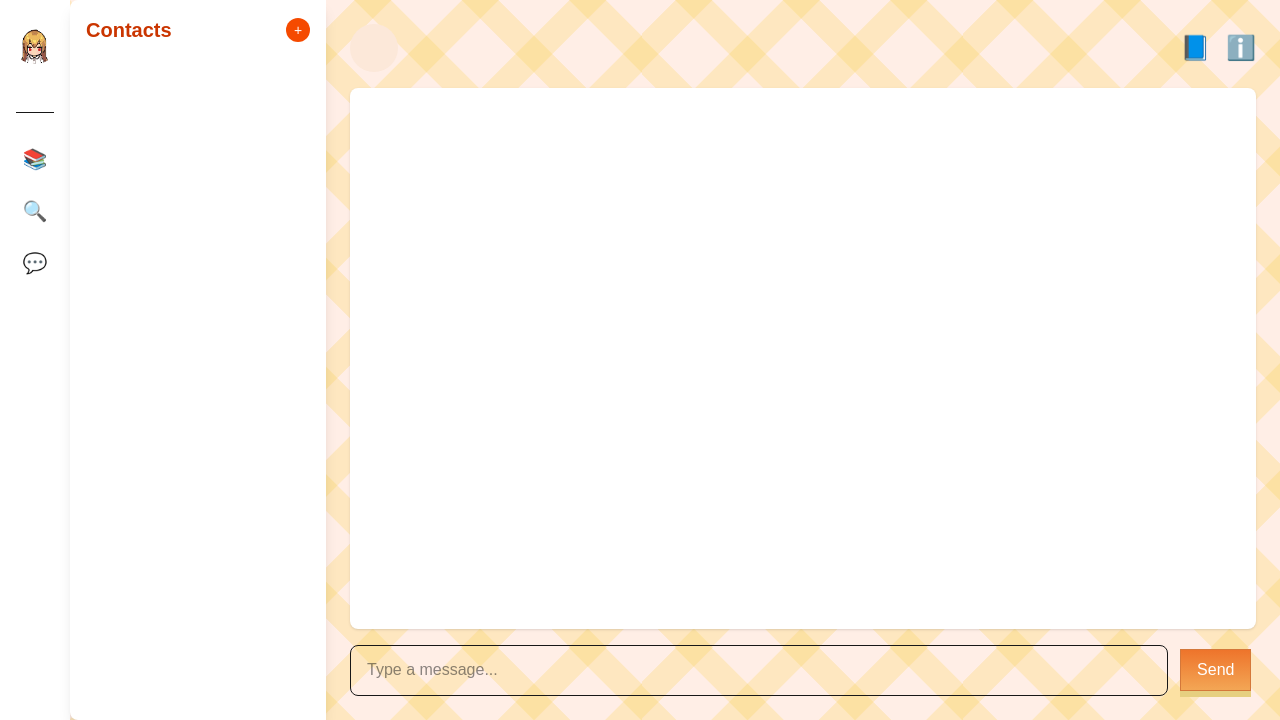
Repository: ramosfranz/bookie
Page: /chat
These files come from the project's save history. The page is drawn as it stood at one moment and after the next save; the edit follows.
The browser window is 1280 px wide. The pictures show the whole page.
The page's requests for data from a server got no answer. Some web fonts or font styles are not loaded; a fallback is used. The project was rebuilt for these pictures with package versions that can differ from the ones it lists, and the page was loaded fresh each time. The framework's server and built-in components were replaced by stand-ins that run in the browser. No one was signed in, and anything a server would have sent is missing. Also part of the build but not shown: next.config.ts, src/app/chat/AddContact.tsx, src/app/chat/FriendList.tsx, src/app/chat/FriendInfo.tsx.

Above is the page before, as saved 2025-12-06 14:16:30.

After the next save:
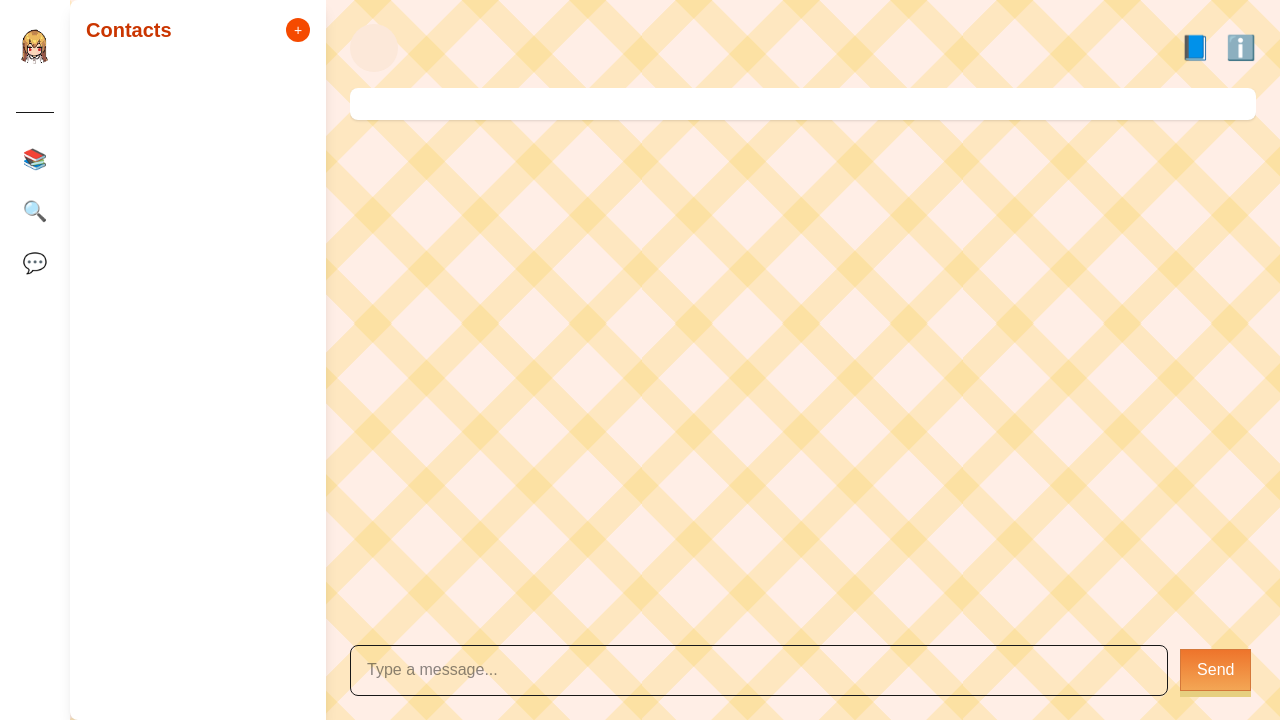
Saved 4 min 15 s later.
--- a/src/app/chat/page.tsx
+++ b/src/app/chat/page.tsx
@@ -49,9 +49,10 @@
   const [showInfoPopup, setShowInfoPopup] = useState(false);
   const [showAvatar, setShowAvatar] = useState(false);
   const [isCollapsed, setIsCollapsed] = useState(false);
+  const [aiTyping, setAiTyping] = useState(false);
   const chatEndRef = useRef<HTMLDivElement | null>(null);
 
-  // Fetch contacts & messages from Supabase
+  // Fetch contacts and messages from Supabase
   useEffect(() => {
     async function loadContacts() {
       const { data: contactsData, error: contactsError } = await supabase
@@ -63,7 +64,6 @@
         return;
       }
 
-      // Fetch messages for each contact
       const contactsWithMessages = await Promise.all(
         contactsData!.map(async (c: any) => {
           const { data: messagesData } = await supabase
@@ -94,13 +94,13 @@
     loadContacts();
   }, []);
 
-  const selectedContact = contacts.find(c => c.id === selectedContactId)!;
+  const selectedContact = contacts.find(c => c.id === selectedContactId);
 
   useEffect(() => {
     chatEndRef.current?.scrollIntoView({ behavior: "smooth" });
-  }, [selectedContact?.messages]);
-
-  // Send message
+  }, [selectedContact?.messages, aiTyping]);
+
+  // Send message and handle AI response
   const sendMessage = async (text: string) => {
     if (!text.trim() || !selectedContactId) return;
 
@@ -112,6 +112,7 @@
       timestamp,
     };
 
+    // Insert user message
     const { data: insertedMessage, error } = await supabase
       .from("messages")
       .insert([message])
@@ -122,7 +123,6 @@
       return;
     }
 
-    // Update local state
     setContacts(prev =>
       prev.map(c =>
         c.id === selectedContactId
@@ -131,28 +131,41 @@
       )
     );
 
-    // Simulate AI Librarian response
-    setTimeout(async () => {
-      const aiMessage: Omit<Message, "id"> = {
-        contact_id: selectedContactId,
-        sender: "other",
-        content: "🤖 Librarian: Got it!",
-        timestamp: new Date().toISOString(),
-      };
-
-      const { data: insertedAI } = await supabase
-        .from("messages")
-        .insert([aiMessage])
-        .select();
-
-      setContacts(prev =>
-        prev.map(c =>
-          c.id === selectedContactId
-            ? { ...c, messages: [...c.messages, insertedAI![0]] }
-            : c
-        )
-      );
-    }, 1000);
+    // Call AI route
+    setAiTyping(true);
+    try {
+      const res = await fetch("/api/chat", {
+        method: "POST",
+        headers: { "Content-Type": "application/json" },
+        body: JSON.stringify({ message: text }),
+      });
+      const data = await res.json();
+      if (data.reply) {
+        const aiMessage: Omit<Message, "id"> = {
+          contact_id: selectedContactId,
+          sender: "other",
+          content: data.reply,
+          timestamp: new Date().toISOString(),
+        };
+
+        const { data: insertedAI } = await supabase
+          .from("messages")
+          .insert([aiMessage])
+          .select();
+
+        setContacts(prev =>
+          prev.map(c =>
+            c.id === selectedContactId
+              ? { ...c, messages: [...c.messages, insertedAI![0]] }
+              : c
+          )
+        );
+      }
+    } catch (err) {
+      console.error("Error fetching AI response:", err);
+    } finally {
+      setAiTyping(false);
+    }
   };
 
   const handleSend = () => {
@@ -226,7 +239,16 @@
             </div>
           </div>
 
-          <ChatLog messages={selectedContact?.messages || []} />
+          {/* Chat log */}
+          <div className="flex-1 overflow-y-auto mb-2">
+            <ChatLog messages={selectedContact?.messages || []} />
+            {aiTyping && (
+              <div className="text-gray-500 italic mt-1">A.I. Librarian is typing...</div>
+            )}
+            <div ref={chatEndRef} />
+          </div>
+
+          {/* Input */}
           <div className="flex gap-2">
             <input
               type="text"
@@ -234,11 +256,13 @@
               value={newMessage}
               onChange={e => setNewMessage(e.target.value)}
               onKeyPress={handleKeyPress}
+              disabled={aiTyping}
               className="flex-1 px-4 py-2 rounded-lg border outline-none"
             />
             <button
               onClick={handleSend}
               className="pixelButton"
+              disabled={aiTyping}
             >
               Send
             </button>
@@ -246,6 +270,7 @@
         </div>
       </main>
 
+      {/* Popups */}
       <AddContactPopup
         isOpen={showAddContactPopup}
         onClose={() => setShowAddContactPopup(false)}
@@ -280,7 +305,7 @@
           members: selectedContact?.members || [],
           sharedHistory: selectedContact?.sharedHistory || [],
         }}
-        allFriends={[]} // pass your friends here
+        allFriends={[]} // pass friends if needed
         onUpdateNicknameOrGroupName={async (newName) => {
           await supabase
             .from("contacts")

After the save that followed:
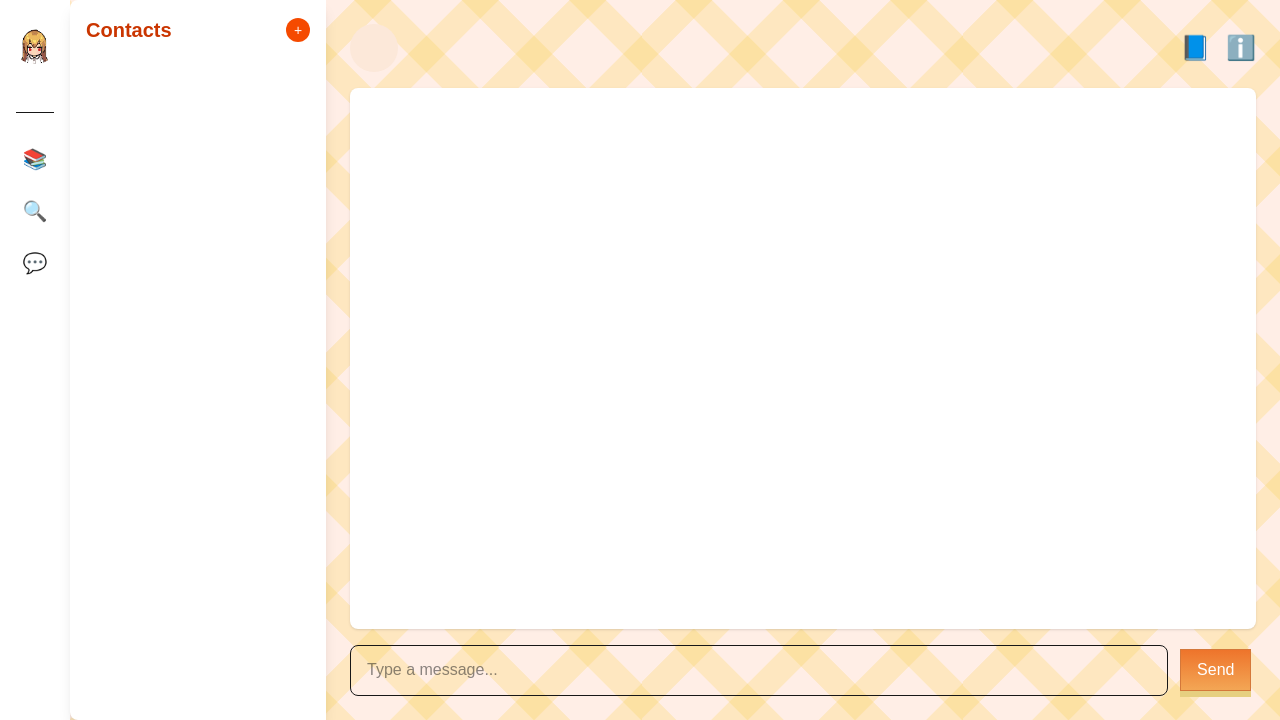
Saved 51 s later.
--- a/src/app/chat/page.tsx
+++ b/src/app/chat/page.tsx
@@ -49,10 +49,9 @@
   const [showInfoPopup, setShowInfoPopup] = useState(false);
   const [showAvatar, setShowAvatar] = useState(false);
   const [isCollapsed, setIsCollapsed] = useState(false);
-  const [aiTyping, setAiTyping] = useState(false);
   const chatEndRef = useRef<HTMLDivElement | null>(null);
 
-  // Fetch contacts and messages from Supabase
+  // Fetch contacts & messages from Supabase
   useEffect(() => {
     async function loadContacts() {
       const { data: contactsData, error: contactsError } = await supabase
@@ -64,6 +63,7 @@
         return;
       }
 
+      // Fetch messages for each contact
       const contactsWithMessages = await Promise.all(
         contactsData!.map(async (c: any) => {
           const { data: messagesData } = await supabase
@@ -94,13 +94,13 @@
     loadContacts();
   }, []);
 
-  const selectedContact = contacts.find(c => c.id === selectedContactId);
+  const selectedContact = contacts.find(c => c.id === selectedContactId)!;
 
   useEffect(() => {
     chatEndRef.current?.scrollIntoView({ behavior: "smooth" });
-  }, [selectedContact?.messages, aiTyping]);
-
-  // Send message and handle AI response
+  }, [selectedContact?.messages]);
+
+  // Send message
   const sendMessage = async (text: string) => {
     if (!text.trim() || !selectedContactId) return;
 
@@ -112,7 +112,6 @@
       timestamp,
     };
 
-    // Insert user message
     const { data: insertedMessage, error } = await supabase
       .from("messages")
       .insert([message])
@@ -123,6 +122,7 @@
       return;
     }
 
+    // Update local state
     setContacts(prev =>
       prev.map(c =>
         c.id === selectedContactId
@@ -131,41 +131,28 @@
       )
     );
 
-    // Call AI route
-    setAiTyping(true);
-    try {
-      const res = await fetch("/api/chat", {
-        method: "POST",
-        headers: { "Content-Type": "application/json" },
-        body: JSON.stringify({ message: text }),
-      });
-      const data = await res.json();
-      if (data.reply) {
-        const aiMessage: Omit<Message, "id"> = {
-          contact_id: selectedContactId,
-          sender: "other",
-          content: data.reply,
-          timestamp: new Date().toISOString(),
-        };
-
-        const { data: insertedAI } = await supabase
-          .from("messages")
-          .insert([aiMessage])
-          .select();
-
-        setContacts(prev =>
-          prev.map(c =>
-            c.id === selectedContactId
-              ? { ...c, messages: [...c.messages, insertedAI![0]] }
-              : c
-          )
-        );
-      }
-    } catch (err) {
-      console.error("Error fetching AI response:", err);
-    } finally {
-      setAiTyping(false);
-    }
+    // Simulate AI Librarian response
+    setTimeout(async () => {
+      const aiMessage: Omit<Message, "id"> = {
+        contact_id: selectedContactId,
+        sender: "other",
+        content: "🤖 Librarian: Got it!",
+        timestamp: new Date().toISOString(),
+      };
+
+      const { data: insertedAI } = await supabase
+        .from("messages")
+        .insert([aiMessage])
+        .select();
+
+      setContacts(prev =>
+        prev.map(c =>
+          c.id === selectedContactId
+            ? { ...c, messages: [...c.messages, insertedAI![0]] }
+            : c
+        )
+      );
+    }, 1000);
   };
 
   const handleSend = () => {
@@ -239,16 +226,7 @@
             </div>
           </div>
 
-          {/* Chat log */}
-          <div className="flex-1 overflow-y-auto mb-2">
-            <ChatLog messages={selectedContact?.messages || []} />
-            {aiTyping && (
-              <div className="text-gray-500 italic mt-1">A.I. Librarian is typing...</div>
-            )}
-            <div ref={chatEndRef} />
-          </div>
-
-          {/* Input */}
+          <ChatLog messages={selectedContact?.messages || []} />
           <div className="flex gap-2">
             <input
               type="text"
@@ -256,13 +234,11 @@
               value={newMessage}
               onChange={e => setNewMessage(e.target.value)}
               onKeyPress={handleKeyPress}
-              disabled={aiTyping}
               className="flex-1 px-4 py-2 rounded-lg border outline-none"
             />
             <button
               onClick={handleSend}
               className="pixelButton"
-              disabled={aiTyping}
             >
               Send
             </button>
@@ -270,7 +246,6 @@
         </div>
       </main>
 
-      {/* Popups */}
       <AddContactPopup
         isOpen={showAddContactPopup}
         onClose={() => setShowAddContactPopup(false)}
@@ -305,7 +280,7 @@
           members: selectedContact?.members || [],
           sharedHistory: selectedContact?.sharedHistory || [],
         }}
-        allFriends={[]} // pass friends if needed
+        allFriends={[]} // pass your friends here
         onUpdateNicknameOrGroupName={async (newName) => {
           await supabase
             .from("contacts")
